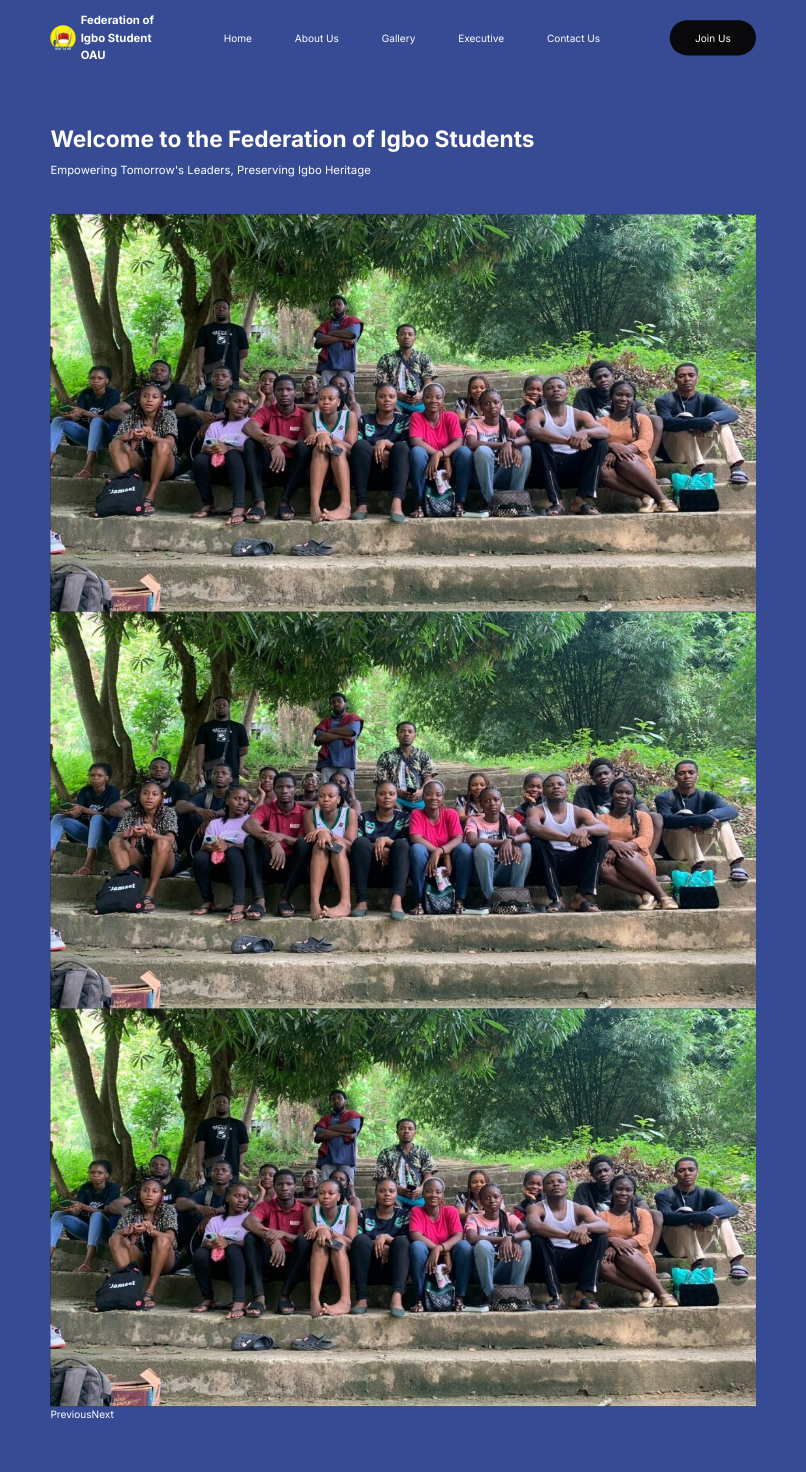
Repository: akinolapo/fis
Page: /
These files come from the project's save history. The page is drawn as it stood at one moment and after a run of saves; the edit follows.
The browser window is 1280 px wide. The pictures show the whole page, at 63% of full size.
The project was rebuilt for these pictures with package versions that can differ from the ones it lists, and the page was loaded fresh each time. The framework's server and built-in components were replaced by stand-ins that run in the browser. Also part of the build but not shown: next.config.mjs.

Above is the page before, as saved 2024-05-05 15:09:47.

### app/layout.tsx
import type { Metadata } from "next";
import { Inter } from "next/font/google";
import "./globals.css";
import Header from "./components/Header/Header";

const inter = Inter({ subsets: ["latin"] });

export const metadata: Metadata = {
  title: "Federation of Igbo Student OAU",
  description: "Federation of Igbo Student OAU",
};

export default function RootLayout({
  children,
}: Readonly<{
  children: React.ReactNode;
}>) {
  return (
    <html lang="en">
      <body className={inter.className}>
        <Header/>
        {children}
        </body>
    </html>
  );
}

### app/page.tsx
import Hero from "./components/Hero/Hero";

export default function Home() {
  return (
    <main>
      <Hero/>
    </main>
  );
}

### app/globals.css
@tailwind base;
@tailwind components;
@tailwind utilities;



*{
  margin: 0;
  padding: 0;
}

body {
  background: #364B94;
  color: #ffffff;
  padding: 0 80px;
}

@layer utilities {
  .text-balance {
    text-wrap: balance;
  }
}

### app/components/Header/Header.tsx

const Header = () => {
  return (
    <header className="flex justify-between items-center py-4 text-white">
      {/* Logo and Site Title */}
      <div className="flex items-center">
        <img src="/logo.png" alt="Logo" className="w-10 h-10 mr-2" />
        <h1 className="text-lg font-bold">Federation of <br></br>Igbo Student<br></br> OAU</h1>
      </div>

      {/* Menu */}
      <nav className="flex justify-center flex-grow">
        <ul className="flex gap-1">
          <li className="cursor-pointer hover:text-gray-400 p-8">Home</li>
          <li className="cursor-pointer hover:text-gray-400 p-8">About Us</li>
          <li className="cursor-pointer hover:text-gray-400 p-8">Gallery</li>
          <li className="cursor-pointer hover:text-gray-400 p-8">Executive</li>
          <li className="cursor-pointer hover:text-gray-400 p-8">Contact Us</li>
        </ul>
      </nav>

      {/* Join Us Button */}
      <button className="rounded-full py-4 px-10 bg-zinc-950 hover:bg-black text-white">
        Join Us
      </button>
    </header>
  );
};

export default Header;

### app/components/Hero/Hero.tsx
import Image from "next/image";
import Slider from "../Slider/Slider";

const Hero = () => {
  return (
    <div className="text-white py-20">
      <h2 className="text-4xl font-bold mb-4">
        Welcome to the Federation of Igbo Students
      </h2>
      <p className="text-lg mb-8">
        Empowering Tomorrow's Leaders, Preserving Igbo Heritage
      </p>
      <Slider/>
    </div>
  );
};

export default Hero;

### app/components/Slider/Slider.tsx
'use client'
import { Carousel } from 'react-bootstrap'
import Image from 'next/image'

import './slider.css'

const Slider = () => {
  return (
    <section className="slider-head">
      <Carousel className="slider" pause={false} interval={4000}>
        <Carousel.Item className="sliderWrapper">
          <div className="slideImg">
            <Image
              src="/images/hero.jpeg"
              alt="promotion"
              width={720}
              height={480}
              className="imageOverlay"
            />
          </div>
        </Carousel.Item>

        <Carousel.Item className="sliderWrapper">
          <div className="slideImg">
            <Image
              src="/images/hero.jpeg"
              alt="promotion"
              width={720}
              height={480}
              className="imageOverlay"
            />
          </div>
        </Carousel.Item>

        <Carousel.Item className="sliderWrapper">
          <div className="slideImg">
            <Image
              src="/images/hero.jpeg"
              alt="promotion"
              width={720}
              height={480}
              className="imageOverlay"
            />
          </div>
        </Carousel.Item>
      </Carousel>
    </section>
  )
}

export default Slider

### app/components/Slider/slider.css
/* slider.css */

.slider {
    position: relative;
  }

  .sliderWrapper {
    background-color: #000;
  }

  .slideImg {
    position: relative;
  }

  .imageOverlay {
    width: 100%;
    height: auto;
    min-height: 480px;
    /* opacity: 0.4; */
  }

Loaded but not shown: tailwind.config.ts (common file)

After the next 2 saves:
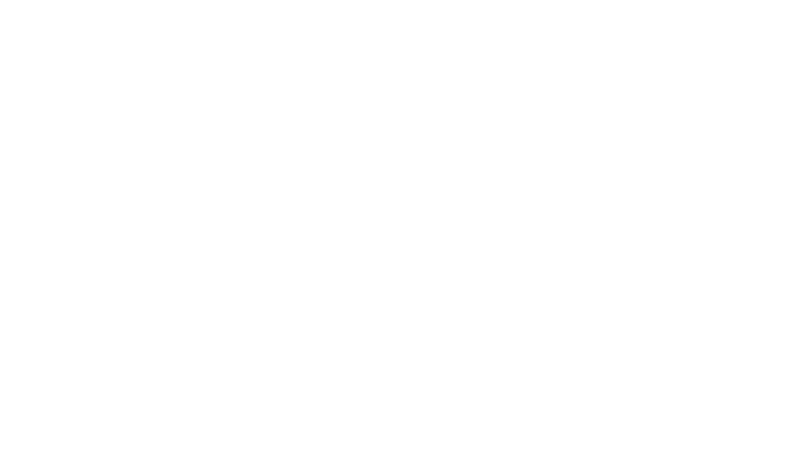
The 2 saves are shown as one change because they came seconds apart.
The last was saved 7 s later.
--- a/app/layout.tsx
+++ b/app/layout.tsx
@@ -2,6 +2,8 @@
 import { Inter } from "next/font/google";
 import "./globals.css";
 import Header from "./components/Header/Header";
+
+import 'https://cdn.jsdelivr.net/npm/bootstrap@5.3.2/dist/css/bootstrap.min.css';
 
 const inter = Inter({ subsets: ["latin"] });
 

After the save that followed:
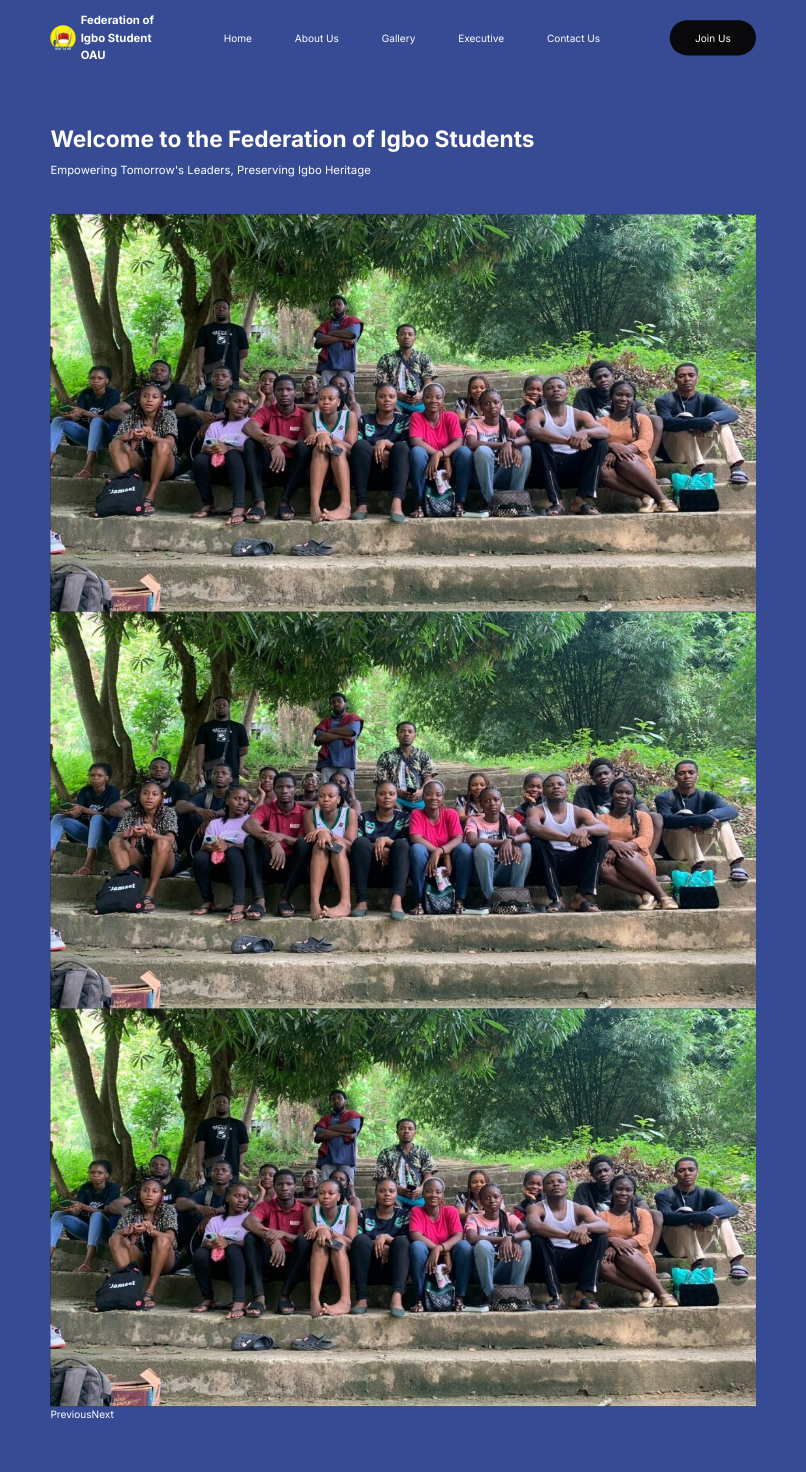
Saved 91 s later.
--- a/app/layout.tsx
+++ b/app/layout.tsx
@@ -3,7 +3,7 @@
 import "./globals.css";
 import Header from "./components/Header/Header";
 
-import 'https://cdn.jsdelivr.net/npm/bootstrap@5.3.2/dist/css/bootstrap.min.css';
+
 
 const inter = Inter({ subsets: ["latin"] });
 
